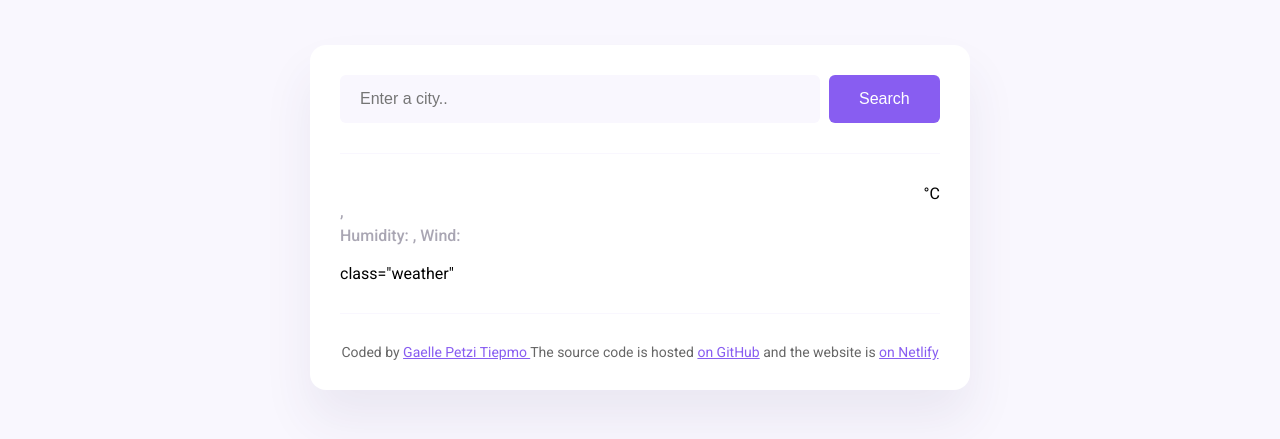
Repository: OnwardForward/meteo.by.gaelle
Page: meteo.appbygaelle.html
An editor plug-in stored every save of this project. The page is shown before and after a run of saves, followed by the edit.
The browser window is 1280 px wide. The pictures show the whole page.
The page's requests for data from a server got no answer. Some web libraries are served in a nearby version.

Above is the page before, as saved 2024-04-22 18:31:03.
Console error: TypeError: Cannot set properties of null (setting 'innerHTML')

### meteo.appbygaelle.html
<!DOCTYPE html>
<html lang="en">
  <head>
    <meta charset="UTF-8" />
    <meta name="viewport" content="width=device-width, initial-scale=1.0" />
    <link rel="preconnect" href="https://fonts.googleapis.com" />
    <link rel="preconnect" href="https://fonts.gstatic.com" crossorigin />
    <link
      href="https://fonts.googleapis.com/css2?family=Roboto:ital,wght@0,100;0,300;0,400;0,500;0,700;0,900;1,100;1,300;1,400;1,500;1,700;1,900&display=swap"
      rel="stylesheet"
    />
    <link rel="stylesheet" href="src\styles.css" />
    <script src="https://cdn.jsdelivr.net/npm/axios@1.1.2/dist/axios.min.js"></script>
    <title>Meteo App</title>
  </head>
  <body>
    <div class="weather-app">
      <header>
        <form class="search-form" id="search-form">
          <input
            type="search"
            placeholder="Enter a city.."
            required
            id="search-form-input"
            class="search-form-input"
          />
          <input type="submit" value="Search" class="search-form-button" />
        </form>
      </header>
      <main>
        <div class="weather-app-data">
          <div>
            <h1 class="weather-app-city" id="city"></h1>
            <p class="weather-app-details">
              <span id="time"></span>,
              <span id="description"></span>
              <br />
              Humidity: <strong id="humidity"></strong>, Wind:
              <strong id="wind-speed"></strong>
            </p>
          </div>
          <div class="weather-app-temperature-container">
            <div id="icon"></div>
            <div class="weather-app-temperature" id="temperature"></div>
            <div class="weatehr-app-unit">°C</div>
          </div>
        </div>
        <div> class="weather"</div>
      </main>

      <footer>
        Coded by <a href="https://github.com/OnwardForward" target="_blank"> Gaelle Petzi Tiepmo </a>
        The source code is hosted <a href="https://github.com/OnwardForward/meteo.by.gaelle" target="_blank">on GitHub</a>
        and the website is <a href="https://meteo-by-gaellept.netlify.app" target="_blank"> on Netlify</a>

      </footer>
    </div>
    <script src="src/index.js"></script>
  </body>
</html>

### src/styles.css
body {
  background-color: #f9f7fe;
  font-family: "Roboto", sans-serif;
}

a {
  color: #885df1;
}

.weather-app {
  background: white;
  max-width: 600px;
  margin: 45px auto;
  box-shadow: 0 30px 50px rgba(65, 50, 100, 0.08);
  border-radius: 16px;
  padding: 30px;
}

header {
  border-bottom: 1px solid #f9f7fe;
  padding: 0 0 30px 0;
}

.search-form-input {
  background-color: #f9f7fe;
  border: none;
  border-radius: 6px;
  width: 80%;
  font-size: 16px;
  padding: 15px 20px;
}

.search-form-button {
  background: #885df1;
  padding: 15px 30px;
  border: none;
  font-size: 16px;
  margin-left: 5px;
  border-radius: 6px;
  color: white;
}

main {
  padding: 30px 0;
}

.weather-app-data {
  display: flex;
  justify-content: space-between;
}

.weather-app-city {
  margin: 0;
  font-size: 38px;
  line-height: 48px;
}

.weather-app-details {
  font-size: 16px;
  color: rgba(39, 33, 66, 0.4);
  line-height: 24px;
  font-weight: 500;
}

.weather-app-details strong {
  color: #f65282;
}

.weather-app-temperature-container {
  display: flex;
}

.weather-app-icon {
  width: 88px;
  height: 88px;
}

.weather-app-temperature {
  font-size: 88px;
  line-height: 88px;
  font-weight: bold;
}

.weather-app-unit {
  margin-top: 6px;
  font-size: 28px;
}

footer {
  border-top: 1px solid #f9f7fe;
  padding: 30px 0 0 0;
  text-align: center;
  font-size: 14px;
  color: rgba(0, 0, 0, 0.6);
}

### src/index.js
function refreshWeather(response) {
  let temperatureElement = document.querySelector("#temperature");
  let temperature = response.data.temperature.current;
  let cityElement = document.querySelector("#city");
  let descriptionElement = document.querySelector("#description");
  let humidityElement = document.querySelector("#humidity");
  let windSpeedElement = document.querySelector("#wind-speed");
  let timeElement = document.querySelector("#time");
  let date = new Date(response.data.time * 1000);
  let iconElement = document.querySelector("#icon");

  cityElement.innerHTML = response.data.city;
  timeElement.innerHTML = formatDate(date);
  descriptionElement.innerHTML = response.data.condition.description;
  humidityElement.innerHTML = `${response.data.temperature.humidity}%`;
  windSpeedElement.innerHTML = `${response.data.wind.speed}km/h`;
  temperatureElement.innerHTML = Math.round(temperature);
  iconElement.innerHTML = `<img src="${response.data.condition.icon_url}" class="weather-app-icon" />`;
}

function formatDate(date) {
  let minutes = date.getMinutes();
  let hours = date.getHours();
  let days = [
    "Sunday",
    "Monday",
    "Tuesday",
    "Wednesday",
    "Thursday",
    "Friday",
    "Saturday",
  ];
  let day = days[date.getDay()];

  if (minutes < 10) {
    minutes = `0${minutes}`;
  }

  return `${day} ${hours}:${minutes}`;
}

function searchCity(city) {
  let apiKey = "b2a5adcct04b33178913oc335f405433";
  let apiUrl = `https://api.shecodes.io/weather/v1/current?query=${city}&key=${apiKey}`;
  axios.get(apiUrl).then(refreshWeather);
}

function handleSearchSubmit(event) {
  event.preventDefault();
  let searchInput = document.querySelector("#search-form-input");

  searchCity(searchInput.value);
}

function displayForecast() {
  let days = ["Tue", "Wed", "Thu", "Fri", "Sat"];
  let forecastHtml = "";

  days.forEach(function (day) {
    forecastHtml =
      forecastHtml +
      `
      <div class="weather-forecast-day">
        <div class="weather-forecast-date">${day}</div>
        <div class="weather-forecast-icon">🌤️</div>
        <div class="weather-forecast-temperatures">
          <div class="weather-forecast-temperature">
            <strong>15º</strong>
          </div>
          <div class="weather-forecast-temperature">9º</div>
        </div>
      </div>
    `;
  });

  let forecastElement = document.querySelector("#forecast");
  forecastElement.innerHTML = forecastHtml;
}

let searchFormElement = document.querySelector("#search-form");
searchFormElement.addEventListener("submit", handleSearchSubmit);

searchCity("Houston");
displayForecast();

After the next 2 saves:
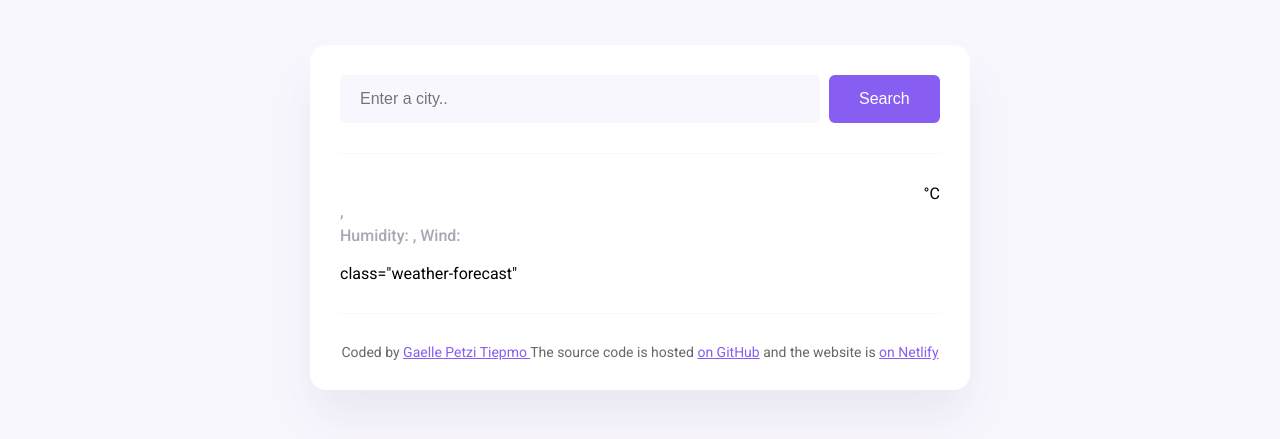
The 2 saves are shown as one change because they came seconds apart.
The last was saved 8 s later.
--- a/meteo.appbygaelle.html
+++ b/meteo.appbygaelle.html
@@ -45,7 +45,7 @@
             <div class="weatehr-app-unit">°C</div>
           </div>
         </div>
-        <div> class="weather"</div>
+        <div> class="weather-forecast" </div>
       </main>
 
       <footer>
